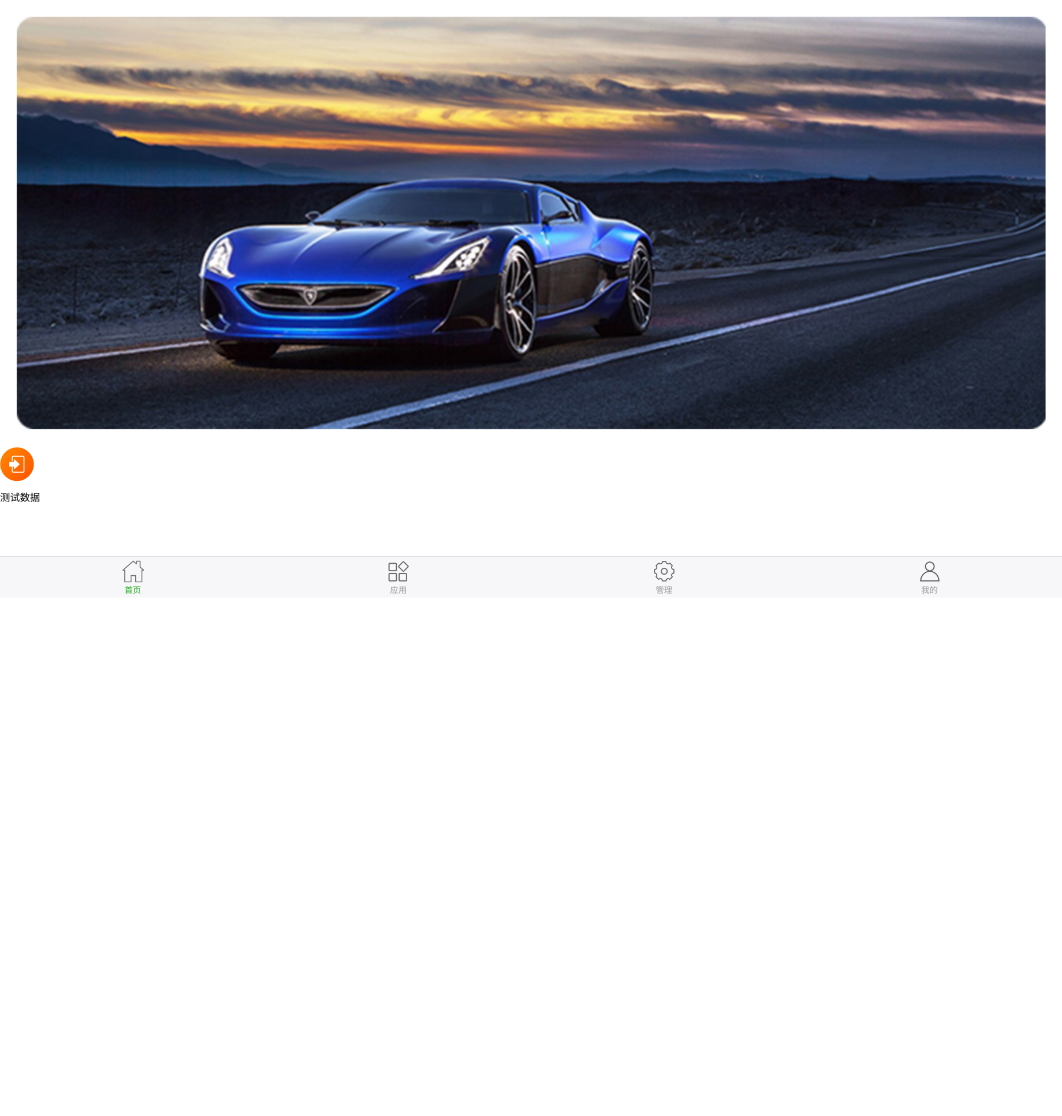
Repository: family-car/car
Page: index.html
The author's editor kept a copy of each file at every save. The page is drawn from the files as they stood at one save, then again after the next save.
The browser window is 1280 px wide. The pictures show the whole page, at 83% of full size.

Above is the page before, as saved 2020-05-11 18:58:52.

### index.html
<!-- HTML5文件 -->
<!DOCTYPE html>
<html>
<head>
	<meta charset="utf-8" />
	<meta name="viewport" content="width=device-width,minimum-scale=1.0,maximum-scale=1.0,user-scalable=no"/>
	<meta content="telephone=no,email=no" name="format-detection">
	<meta name="wap-font-scale" content="no">
	<title>商城</title>
	<!-- ui框架引入css -->
	<link href="lib/weui/weui.min.css" rel="stylesheet" type="text/css" />
	<link href="lib/weui/jquery-weui.min.css" rel="stylesheet" type="text/css" />
	<!-- 公用样式css -->
	<link href="src/css/base.css" rel="stylesheet" type="text/css" />
	<!-- 界面引入css -->
  <link href="src/css/app/index.css" rel="stylesheet" type="text/css" />
  <!-- jquery引入 -->
  <script type="text/javascript" src="lib/jquery/jquery-2.1.4.min.js"></script>
  <script type="text/javascript" src="lib/unit.js"></script>
</head>
<body>

<div class="main bot44">
  <header>

  </header>
  <div class="banner">
      <div class="bannerList"><img src="src/image/banner3x.png"/></div>
  </div>
  <!-- swiper -->
  <div class="swiper-container">
    <div class="swiper-wrapper">
        <div class="swiper-slide">Slide 1</div>
        <div class="swiper-slide">Slide 2</div>
        <div class="swiper-slide">Slide 3</div>
    </div>
    <div class="swiper-pagination"></div><!--分页器。如果放置在swiper-container外面，需要自定义样式。-->
</div>
  <!-- subject -->
  <div class="subject">
     <div class="fl"></div>
     <div class="fl"></div>
  </div>
  <!-- footer -->
  <footer class="footer">
    <div class="weui-tabbar">
      <a href="javascript:;" class="weui-tabbar__item weui-bar__item--on">
        <div class="weui-tabbar__icon">
          <img src="src/image/index3x.png" alt="">
        </div>
        <p class="weui-tabbar__label">首页</p>
      </a>
      <a href="javascript:;" class="weui-tabbar__item">
        <div class="weui-tabbar__icon">
          <img src="src/image/apply3x.png" alt="">
        </div>
        <p class="weui-tabbar__label">应用</p>
      </a>
      <a href="javascript:;" class="weui-tabbar__item">
        <div class="weui-tabbar__icon">
          <img src="src/image/manage3x.png" alt="">
        </div>
        <p class="weui-tabbar__label">管理</p>
      </a>
      <a href="javascript:;" class="weui-tabbar__item">
        <div class="weui-tabbar__icon">
          <img src="src/image/mine3x.png" alt="">
        </div>
        <p class="weui-tabbar__label">我的</p>
      </a>
    </div>
  </footer>
</div>

<!-- jquery引入 -->
<script type="text/javascript" src="lib/jquery/swiper.js"></script>
<script type="text/javascript" src="src/js/entry/index.js"></script>
</body>
</html>

### src/css/base.css
*,
*:after,
*:before {
    -webkit-box-sizing: border-box;
    box-sizing: border-box;
}
[v-cloak] {
  display: none;
}
a,
blockquote,
body,
code,
dd,
div,
dl,
dt,
em,
fieldset,
form,
h1,
h2,
h3,
h4,
h5,
h6,
iframe,
img,
input,
label,
li,
object,
ol,
p,
q,
small,
span,
strong,
table,
tbody,
td,
th,
tr,
ul {
    margin: 0;
    padding: 0;
    border: 0;
}
input{
	outline: none;
}
body,
html {
    width: 100%;
}

body {
    margin: 0 auto;
    line-height: 1;
    font-size: .28rem;
    font-family: 'STHeiti', 'Microsoft YaHei', Helvetica, Arial, sans-serif;
    -webkit-text-size-adjust: none;
    -webkit-tap-highlight-color: rgba(0, 0, 0, 0);
}

h1,
h2,
h3,
h4,
h5,
h6 {
    font-size: .28rem;
    font-weight: normal;
}

a,
a:active,
a:focus,
a:hover,
a:visited {
    text-decoration: none;
    color: #393939;
}

a,
img {
    -webkit-touch-callout: none;
}

li,
ol,
ul {
    list-style: none;
}

input[type="password"],
input[type="tel"],
input[type="text"],
select,
textarea {
    display: block;
    width: 100%;
    line-height: 1.2;
    font-size:.28rem;
    resize: none;
    outline: 0;
    vertical-align: middle;
    background-color: #fff;
    background-image: none;
    border: 0;
    white-space: pre-wrap;
    word-wrap: break-word;
    -webkit-appearance: none;
}

p {
    background-color: transparent;
    word-break: break-all;
}

em,
i {
    font-style: normal;
}
@font-face {
    font-family: 'iconfont';
    src: url("../font/icomoon.eot");
    src: url("../font/icomoon.eot?#iefix") format("embedded-opentype"), url("../font/icomoon.ttf") format("truetype"), url("../font/icomoon.svg#iconfont") format("svg");
}

html {
    background: #fff;
}

body {
    background: #fff;
    color: #000;
}

.fl {
    float: left;
}

.fr {
    float: right;
}

.cf:after {
    display: block;
    clear: both;
    content: "";
    visibility: hidden;
    height: 0;
}

.tr {
    text-align: right;
}

.tc {
    text-align: center;
}

.td-underline {
    text-decoration: underline;
}

.tm {
    vertical-align: middle;
}
.boxSizing{
    box-sizing:border-box;
    -moz-box-sizing:border-box; /* Firefox */
    -webkit-box-sizing:border-box;
}

.flex {
    display: -webkit-box !important;
    display: -webkit-flex !important;
    display: -ms-flexbox !important;
    display: flex !important;
    -webkit-flex-wrap: wrap;
    -ms-flex-wrap: wrap;
    flex-wrap: wrap;
}

.flex .cell {
    -webkit-box-flex: 1;
    -webkit-flex: 1;
    -ms-flex: 1;
    flex: 1;
    width: 0;
    -webkit-flex-basis: 0;
    -ms-flex-preferred-size: 0;
    flex-basis: 0;
    max-width: 100%;
    display: block;
    padding: 0 !important;
    position: relative;
}
.flex .cell2{
    -webkit-box-flex: 2;
    -webkit-flex: 2;
    -ms-flex: 2;
    flex: 2;
}


.flex .cell.hide {
    display: none;
}

.flex .flex-130 {
    -webkit-box-flex: 150!important;
    -webkit-flex: 130!important;
    -ms-flex: 130!important;
    flex: 130!important;
}

.flex .flex-200 {
    -webkit-box-flex: 200!important;
    -webkit-flex: 200!important;
    -ms-flex: 200!important;
    flex: 200!important;
}

.flex-center {
    -webkit-box-pack: center;
    -webkit-justify-content: center;
    justify-content: center;
    -webkit-box-align: center;
    -webkit-align-items: center;
    align-content: center;
}
.flex-between {
    -webkit-box-pack: center;
    -webkit-justify-content: space-between;
    justify-content: space-between;
    -webkit-box-align: center;
    -webkit-align-items: center;
    align-content: center;
}

.img-responsive {
    display: inline-block;
    width: 100%;
}

.bg-white {
    background: #fff;
}

.bg-orange {
    background: #fa462d;
}

.bg-blue {
    background: #246EBE;
}
.bg-green{color:#0BA66D;}
.bg-light-green{color:#56dfb3;}
.bg-gray {
    background: #f3f4f6;
}

.bg-light-yellow {
    background: #fbf8ec;
}

.bg-disabled {
    background: #9d9d9d;
}

.color-blue {
    color: #246EBE;
}

.color-muted {
    color: #9d9d9d;
}

.color-orange {
    color: #fa462d;
}

.color-white {
    color: #fff;
}

.color-gray {
    color: #848689;
}
.color-green{color:#0BA66D;}
.color-light-green{color:#56dfb3;}
.color-red{color:#f23030;}
.color-block{color:#393939;}

.relative {
    position: relative;
}

.overflow {
    overflow: hidden;
}

.ellipsis {
    white-space: nowrap;
    overflow: hidden;
    text-overflow: ellipsis;
}

.clamp {
    display: -webkit-box;
    overflow: hidden;
    text-overflow: ellipsis;
    -webkit-line-clamp: 2;
    -webkit-box-orient: vertical;
}

.animate {
    -webkit-animation-play-state: paused;
}

.hide {
    display: none;
}

.footbar-default .coagent span:before,
.iconfont,
.panel-selector .list li .fr:after,
.select:before {
    font-family: "iconfont" !important;
    font-size: .28rem;
    font-style: normal;
    -webkit-font-smoothing: antialiased;
    -webkit-text-stroke-width: 2px;
    -moz-osx-font-smoothing: grayscale;
}
.btn {
    display: inline-block;
    padding: .18rem .2rem;
    vertical-align: middle;
    font-size: .26rem;
    font-weight: normal;
    line-height: 1;
    text-align: center;
    white-space: nowrap;
    background-image: none;
    border: 1px solid transparent;
    border-radius: .06rem;
    cursor: pointer;
    outline: 0;
    -webkit-appearance: none;
    -webkit-user-select: none;
    -moz-user-select: none;
    -ms-user-select: none;
    user-select: none;
}

.btn-default {
    color: #393939;
    background-color: #fff;
    border-color: #ccc;
}

.btn-primary {
    color: #fff;
    background-color: #0ba66d;
    border-color: #0ba66d;
}

.btn-primary-outline {
    color: #0ba66d;
    background-color: #fff;
    border-color: #0ba66d;
}

.btn-default-outline {
    color: #393939;
    background-color: #fff;
    border-color: #d7d7d7;
}

.btn-disabled {
    color: #fff;
    background-color: #9d9d9d;
    border-color: #9d9d9d;
}

.btn-block {
    display: block;
    width: 100%;
    padding-left: 0;
    padding-right: 0;
}

.btn-primary:active {
    color: #fff;
    background-color: #0ba66d;
    border-color: #0ba66d;
}

.btn-disabled:active {
    color: #fff;
    background-color: #9d9d9d;
    border-color: #9d9d9d;
}

.btn-default:active {
    color: #393939;
    background-color: #d7d7d7;
    border-color: #d7d7d7;
}

.btn-search {
    padding: .06rem .1rem;
    margin-left: .05rem;
    line-height: .4rem;
}

.pd8 {
    padding-right: .8rem;
    padding-left: .8rem;
}

.badge-outline {
    background: #fff;
    border: 1px solid #0ba66d;
    color: #0ba66d;
}

.no_info {
    color: #9d9d9d;
    line-height: 2.2rem;
    text-align: center;
}

.footbar {
    position: fixed;
    left: 0;
    right: 0;
    bottom: 0;
    z-index: 999999;
}
.footbar-default {
    height: 1.01rem;
    background-color: #fff;
    border-top: 1px solid #d7d7d7;
}
/*字体*/
.icon-detail:before {
    content: '\e93b';
}
.icon-floder:before {
    content: '\e91b';
}
.icon-home:before {
    content: '\e901';
}
.icon-order:before {
    content: '\e908';
}
.icon-mine:before {
    content: '\e905';
}
.icon-upload::before{
    content: '\e91c';
}
.icon-add::before{
    content: '\e91e';
}
.icon-detele::before{
    content: '\e920';
}
.icon-warn::before{
    content: '\e91a';
}
.icon-arrow::before{
    content:'\e916'
}
.icon-course::before{
    content:'\e908'
}

 #loading{
     position:fixed;
     top:0;left:0;
     width:100%;height:100%;
     background: rgba(0,0,0,.7);
     z-index:999;
}
 #loading .loader-01{
     position:absolute;top:50%;left:50%;
     width:60px;height:60px;
     margin-top:-30px;
     margin-left:-30px;
     color: #fff;
}

### src/css/app/index.css
body, html {
    height: 100%;
    overflow: hidden;
}
.banner{
    padding: 20px;
}
.bannerList{
    overflow: hidden;
    width: 100%;
    border-radius: 2px;
}
.bannerList img{
    width: 100%;
    height:100%;
}
.swpierList .iconList{
    float: left;
    width: 20%;
    text-align: center;
    margin: .4rem 0;
}

.iconList img{
    height: 41px;
    width: 41px;
}
.iconList p{
    font-size: 12px;
    font-weight: 100;
    line-height: 38px;
}
.swiper-container-horizontal>.swiper-pagination-bullets .swiper-pagination-bullet{
    width: .18rem;
    height: .08rem;
    border-radius: 0;
}
.swiper-pagination-bullet-active{
    background: #4BDAD3;
    width: .34rem !important;
}

### src/js/entry/index.js
/**  默认加载  **/
$(function () {
    var  process={
        iconList:[{name:"接车进店",image:"src/image/join3x.png"},
            {name:"维保开单",image:"src/image/repair.png"},
            {name:"快速洗车",image:"src/image/wash.png"},
            {name:"车辆检测",image:"src/image/check.png"},
            {name:"待施工",image:"src/image/construct3x.png"},
            {name:"待完工",image:"src/image/complete.png"},
            {name:"完工质检",image:"src/image/quality.png"},
            {name:"待结算",image:"src/image/account.png"},
            {name:"客户查询",image:"src/image/inquiry.png"},
            {name:"预约订单",image:"src/image/bill3x.png"},
            {name:"测试数据",image:"src/image/join3x.png"},
        ],
        init:function(){
            this.swiper();
        },
        pages () {
            const pages = []
            this.iconList.forEach((item, index) => {
              const page = Math.floor(index / 10)
              if (!pages[page]) {
                pages[page] = []
              }
              pages[page].push(item)
            })
            return pages
        },
        swiper:function () {
            /*加载轮播列表*/
            let swpier = []
            let temp = []
            $.each(this.pages(),function(n,item){
                temp.push(`<div class="swiper-slide">`);
                $.each(item,function(n,v){
                    temp.push(`<div class="iconList">`);
                    temp.push(`<img class="icon-img-content" src="${v.image}" alt="" />`);
                    temp.push(`<p class="icon-desc">${v.name}</p>`);
                    temp.push(`</div>`);
                })
                temp.push(`</div>`);
            })
            $(".swiper-wrapper").html(temp.join(''))
            /*  轮播效果加载   */
            $(".swiper-container").swiper({
                loop: true,
                autoplayDisableOnInteraction: false,
                autoplay: 3000,
                pagination: {
                    el: '.swiper-pagination',
                },
            });
        },
    };

    window.onload = function(){
        process.init();
    }


})

Loaded but not shown: lib/weui/weui.min.css (library); lib/weui/jquery-weui.min.css (library); lib/jquery/jquery-2.1.4.min.js (library); lib/unit.js (library); lib/jquery/swiper.js (library)

After the next save:
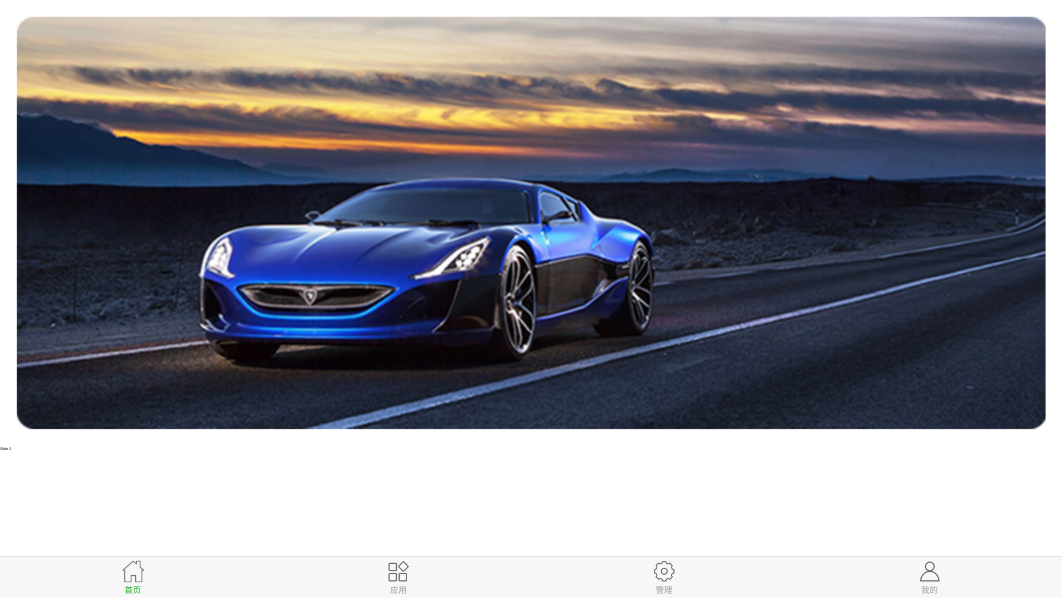
Saved 16 s later.
--- a/src/js/entry/index.js
+++ b/src/js/entry/index.js
@@ -31,7 +31,7 @@ $(function () {
             /*加载轮播列表*/
             let swpier = []
             let temp = []
-            $.each(this.pages(),function(n,item){
+            /* $.each(this.pages(),function(n,item){
                 temp.push(`<div class="swiper-slide">`);
                 $.each(item,function(n,v){
                     temp.push(`<div class="iconList">`);
@@ -41,7 +41,7 @@ $(function () {
                 })
                 temp.push(`</div>`);
             })
-            $(".swiper-wrapper").html(temp.join(''))
+            $(".swiper-wrapper").html(temp.join('')) */
             /*  轮播效果加载   */
             $(".swiper-container").swiper({
                 loop: true,
